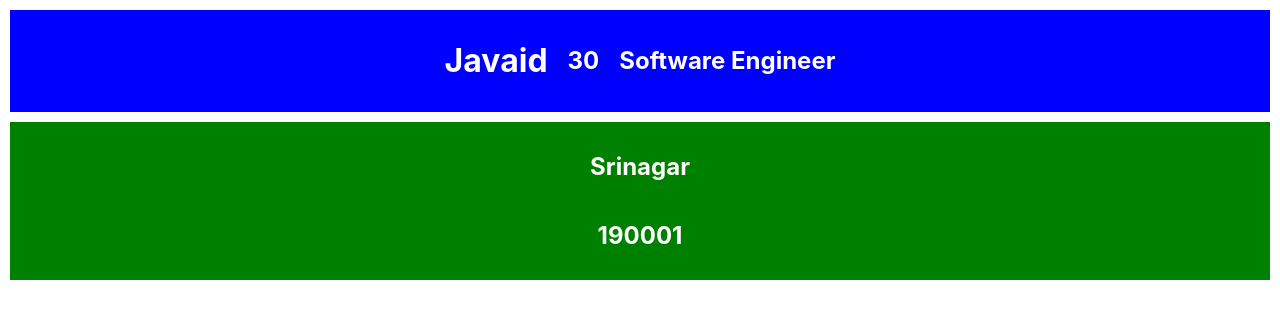
Repository: JavaidAhmadKhan/framer-motion-reacr
Page: /
The author's editor kept a copy of each file at every save. The page is drawn from the files as they stood at one save, then again after a run of saves.
The browser window is 1280 px wide. The pictures show the whole page.
The project was rebuilt for these pictures with package versions that can differ from the ones it lists, and the page was loaded fresh each time.

Above is the page before, as saved 2022-05-19 17:25:08.

After the next 2 saves:
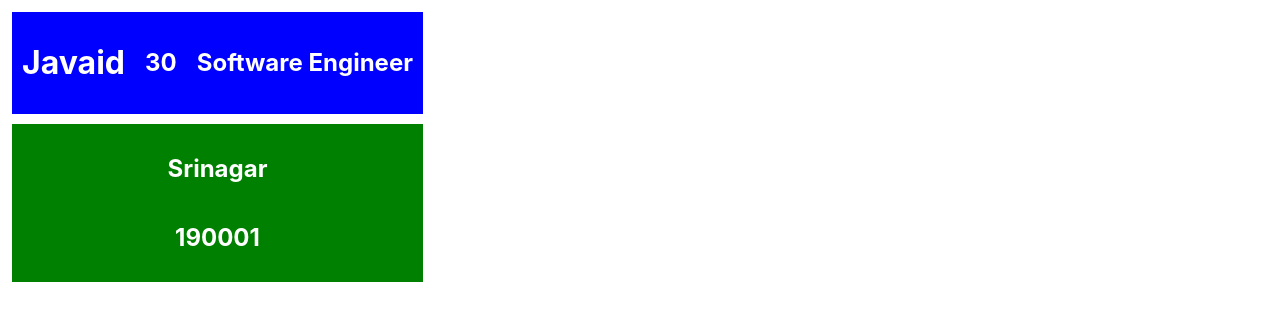
The 2 saves are shown as one change because they came seconds apart.
The last was saved 37 s later.
--- a/src/App.js
+++ b/src/App.js
@@ -21,37 +21,39 @@
     console.log("render");
     return (
       <div className="App">
-        <div
-          style={{
-            display: "flex",
-            alignItems: "center",
-            justifyContent: "center",
-            margin: "10px",
-            padding: "10px",
-            backgroundColor: "blue",
-            color: "white",
-            gap: "20px",
-          }}
-        >
-          <h1>{this.state.name}</h1>
-          <h2>{this.state.age}</h2>
-          <h2>{this.state.profession}</h2>
-        </div>
-        <div
-          style={{
-            display: "flex",
-            flexDirection: "column",
-            justifyContent: "center",
-            alignItems: "center",
-            backgroundColor: "green",
-            margin: "10px",
-            padding: "10px",
-            color: "white",
-          }}
-        >
-          <h2>{this.state.address.city}</h2>
-          <h2>{this.state.address.pincode}</h2>
-        </div>
+        <table>
+          <div
+            style={{
+              display: "flex",
+              alignItems: "center",
+              justifyContent: "center",
+              margin: "10px",
+              padding: "10px",
+              backgroundColor: "blue",
+              color: "white",
+              gap: "20px",
+            }}
+          >
+            <h1>{this.state.name}</h1>
+            <h2>{this.state.age}</h2>
+            <h2>{this.state.profession}</h2>
+          </div>
+          <div
+            style={{
+              display: "flex",
+              flexDirection: "column",
+              justifyContent: "center",
+              alignItems: "center",
+              backgroundColor: "green",
+              margin: "10px",
+              padding: "10px",
+              color: "white",
+            }}
+          >
+            <h2>{this.state.address.city}</h2>
+            <h2>{this.state.address.pincode}</h2>
+          </div>
+        </table>
       </div>
     );
   }

After the 5 saves that followed:
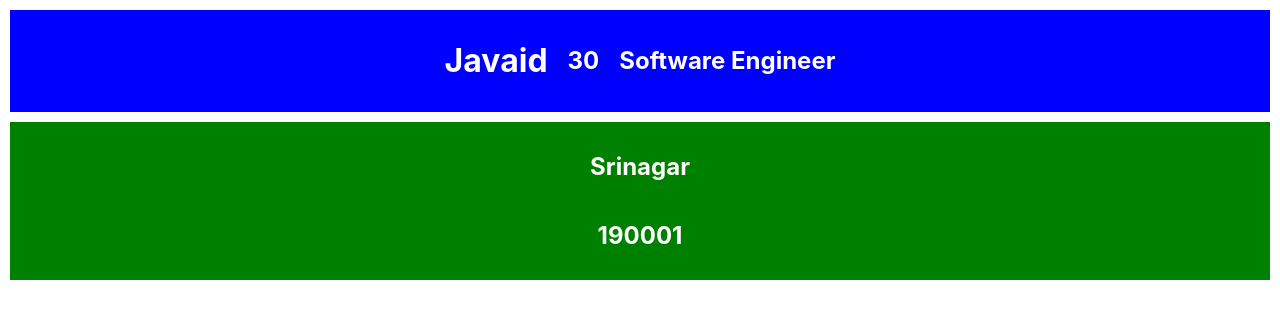
The 5 saves are shown as one change because 3 did not build or start and some came seconds apart.
The last was saved 54 s later.
--- a/src/App.js
+++ b/src/App.js
@@ -21,39 +21,37 @@
     console.log("render");
     return (
       <div className="App">
-        <table>
-          <div
-            style={{
-              display: "flex",
-              alignItems: "center",
-              justifyContent: "center",
-              margin: "10px",
-              padding: "10px",
-              backgroundColor: "blue",
-              color: "white",
-              gap: "20px",
-            }}
-          >
-            <h1>{this.state.name}</h1>
-            <h2>{this.state.age}</h2>
-            <h2>{this.state.profession}</h2>
-          </div>
-          <div
-            style={{
-              display: "flex",
-              flexDirection: "column",
-              justifyContent: "center",
-              alignItems: "center",
-              backgroundColor: "green",
-              margin: "10px",
-              padding: "10px",
-              color: "white",
-            }}
-          >
-            <h2>{this.state.address.city}</h2>
-            <h2>{this.state.address.pincode}</h2>
-          </div>
-        </table>
+        <div
+          style={{
+            display: "flex",
+            alignItems: "center",
+            justifyContent: "center",
+            margin: "10px",
+            padding: "10px",
+            backgroundColor: "blue",
+            color: "white",
+            gap: "20px",
+          }}
+        >
+          <h1>{this.state.name}</h1>
+          <h2>{this.state.age}</h2>
+          <h2>{this.state.profession}</h2>
+        </div>
+        <div
+          style={{
+            display: "flex",
+            flexDirection: "column",
+            justifyContent: "center",
+            alignItems: "center",
+            backgroundColor: "green",
+            margin: "10px",
+            padding: "10px",
+            color: "white",
+          }}
+        >
+          <h2>{this.state.address.city}</h2>
+          <h2>{this.state.address.pincode}</h2>
+        </div>
       </div>
     );
   }
